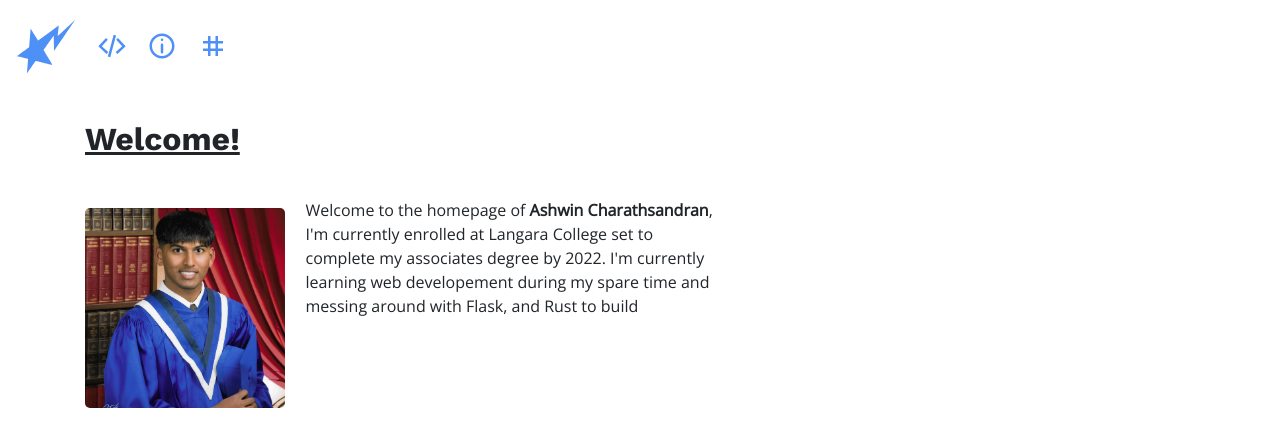
Repository: xxiz/ashwin.lol_flask
Page: http://localhost/
The author's editor kept a copy of each file at every save. The page is drawn from the files as they stood at one save, then again after the next save.
The browser window is 1280 px wide. The pictures show the whole page.
The page is served by the project's application, run on Flask 3 (app.py).

Above is the page before, as saved 2021-08-31 17:32:33.

After the next save:
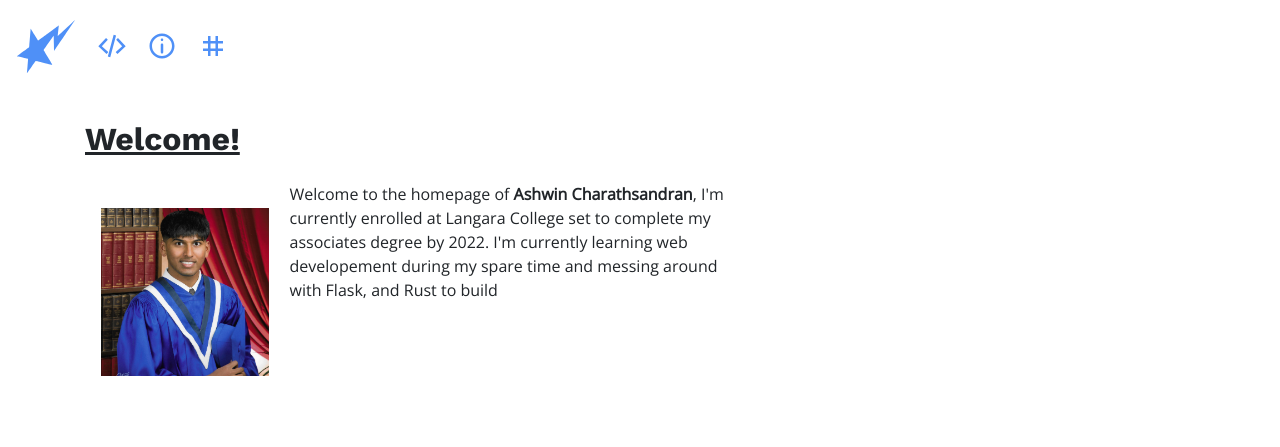
Saved 13 s later.
--- a/static/app.css
+++ b/static/app.css
@@ -20,12 +20,12 @@ p {
 }
 
 .confined {
-    padding: 1em;
     max-width: 450px;
     display: inline-block;
 }
 
 .me {
+    padding: 1em;
     display: inline-block;
     max-width: 200px;
     border-radius: 5px;
